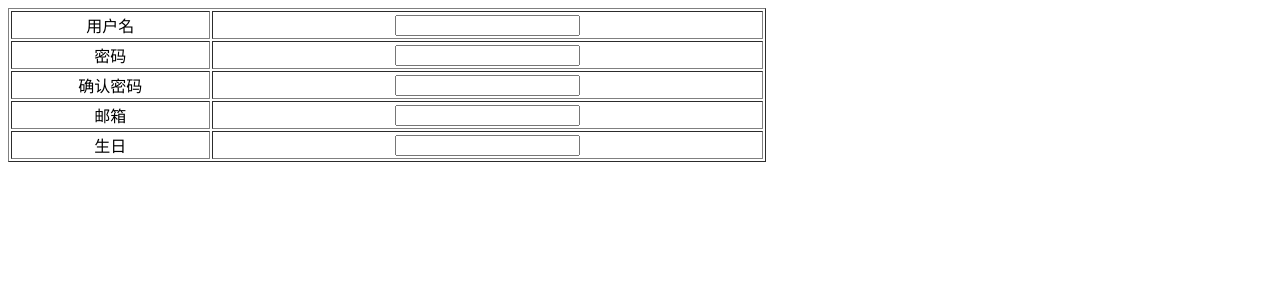
Repository: frankstar007/java
Page: http://localhost/WebMVCFrameWork/RegisterUIServlet
The author's editor kept a copy of each file at every save. The page is drawn from the files as they stood at one save, then again after a run of saves.
The browser window is 1280 px wide. The pictures show the whole page.
The page is served by Tomcat 9. Other server files are loaded and not shown.

Above is the page before, as saved 2016-05-04 12:58:54.

### WebMVCFrameWork/WebContent/WEB-INF/pages/register.jsp
<%@ page language="java" contentType="text/html; charset=UTF-8"
    pageEncoding="UTF-8"%>
<!DOCTYPE html PUBLIC "-//W3C//DTD HTML 4.01 Transitional//EN" "http://www.w3.org/TR/html4/loose.dtd">
<html>
<head>
<meta http-equiv="Content-Type" content="text/html; charset=UTF-8">
<title>用户注册</title>
</head>
<body style="text-align:center;">
	<form action="${pageContext.request.contextPath }/servlet/RegisterServlet" method="post">
		<table width="60%" border="1">
			<tr>
			<td>用户名</td>
			<td>
				<input type="text" name="userName">
			</td>
			</tr>
			<tr>
			<td>密码</td>
			<td>
				<input type="password" name="userPwd">
			</td>
			</tr>
			<tr>
				<td>确认密码</td>
				<td>
				<input type="password" name="confirmPwd">
				</td>
			</tr>
			<tr>
			<td>邮箱</td>
			<td>
				<input type="text" name="email">
			</td>
			</tr>
			<tr>
				<td>生日</td>
				<td>
				<input type="text" name="birthday">
				</td>
			</tr>
		</table>

	</form>

</body>
</html>

### WebMVCFrameWork/src/me/frankstar/web/UI/RegisterUIServlet.java
package me.frankstar.web.UI;

import java.io.IOException;
import javax.servlet.ServletException;
import javax.servlet.annotation.WebServlet;
import javax.servlet.http.HttpServlet;
import javax.servlet.http.HttpServletRequest;
import javax.servlet.http.HttpServletResponse;
import javax.servlet.jsp.PageContext;

/**
 * Servlet implementation class RegisterUIServlet
 */
@WebServlet("/RegisterUIServlet")
public class RegisterUIServlet extends HttpServlet {
	private static final long serialVersionUID = 1L;

    /** 为用户提供注册的界面Servlet
     * RegisterUIServlet负责为用户输出注册界面
     * 当用户访问该Servlet就会跳转到register.jsp
     * @see HttpServlet#HttpServlet()
     */
    public RegisterUIServlet() {
        super();
        // TODO Auto-generated constructor stub
    }

	/**
	 * @see HttpServlet#doGet(HttpServletRequest request, HttpServletResponse response)
	 */
	protected void doGet(HttpServletRequest request, HttpServletResponse response) throws ServletException, IOException {
		// TODO Auto-generated method stub
		request.getRequestDispatcher("/WEB-INF/pages/register.jsp").forward(request, response);
		//System.out.println(request.getContextPath());
	}

	/**
	 * @see HttpServlet#doPost(HttpServletRequest request, HttpServletResponse response)
	 */
	protected void doPost(HttpServletRequest request, HttpServletResponse response) throws ServletException, IOException {
		// TODO Auto-generated method stub
		doGet(request, response);
	}

}

After the next 2 saves:
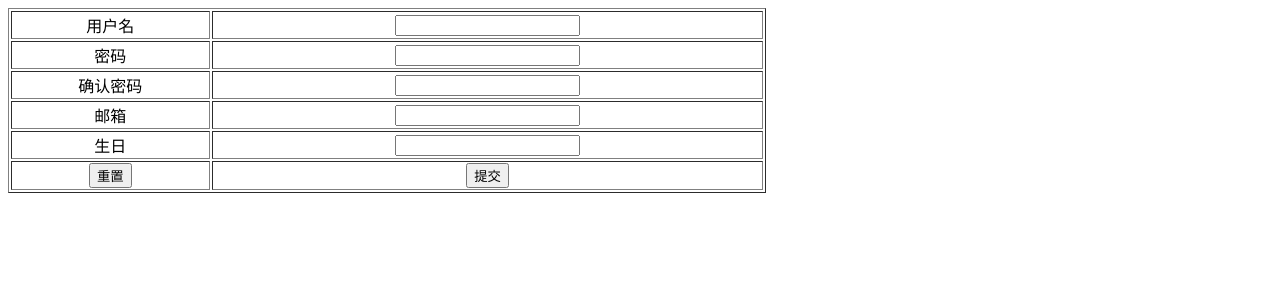
The 2 saves are shown as one change because they came seconds apart.
The last was saved 71 s later.
--- a/WebMVCFrameWork/WebContent/WEB-INF/pages/register.jsp
+++ b/WebMVCFrameWork/WebContent/WEB-INF/pages/register.jsp
@@ -39,6 +39,14 @@
 				<input type="text" name="birthday">
 				</td>
 			</tr>
+			<tr>
+				<td>
+					<input type="reset" value="重置">
+				</td>
+				<td>
+					<input type="submit" value="提交">
+				</td>
+				</tr>
 		</table>
 
 	</form>
